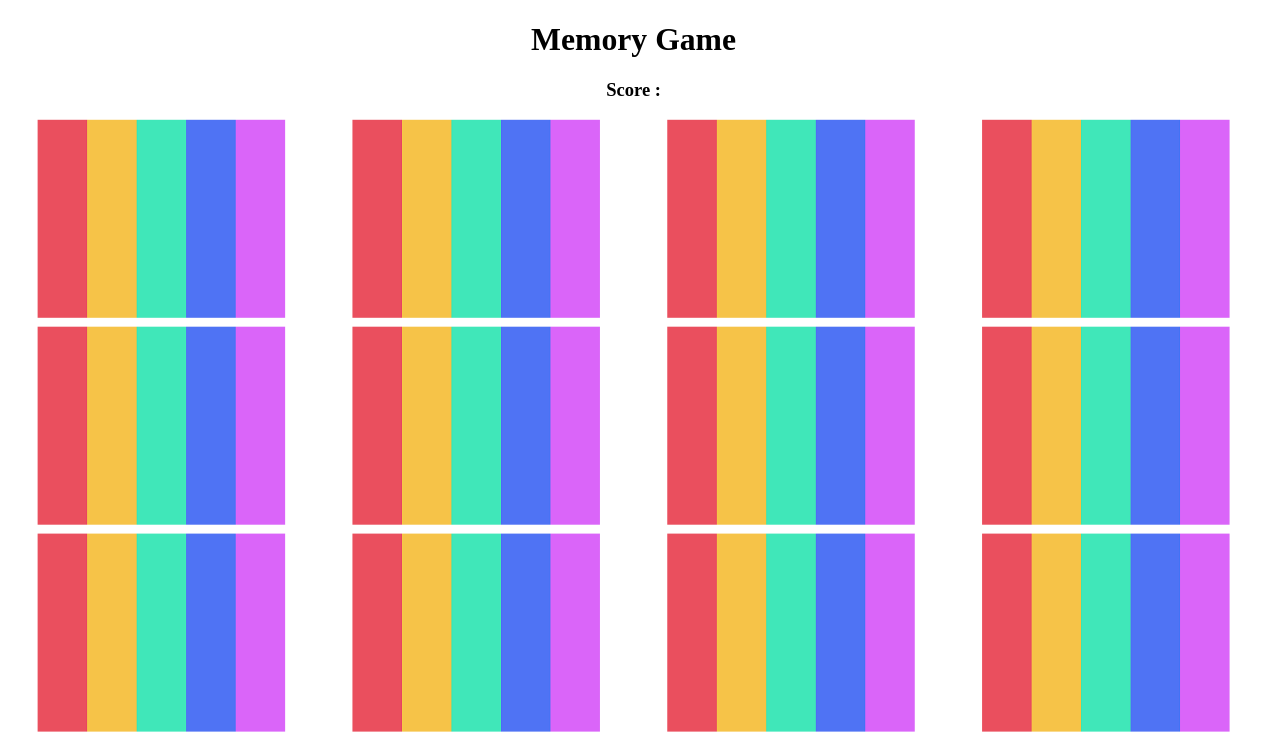
Repository: divyaravada/javascript-games
Page: memory-game/memorygame.html
The author's editor kept a copy of each file at every save. The page is drawn from the files as they stood at one save, then again after the next save.
The browser window is 1280 px wide. The pictures show the whole page, at 99% of full size.

Above is the page before, as saved 2022-03-15 17:29:02.

### memory-game/memorygame.html
<!DOCTYPE html>
<html lang="en">
  <head>
    <meta charset="UTF-8" />
    <title>Memory Game</title>
    <link rel="stylesheet" href="./memorystyle.css" />
  </head>
  <body>
    <div>
      <h1>Memory Game</h1>
    </div>

    <div>
      <h3>Score : <span id="result"></span></h3>
    </div>

    <div class="fitcontent">
      <div id="grid"></div>
    </div>

    <script src="./memory.js"></script>
  </body>
</html>

### memory-game/memorystyle.css
* {
  text-align: center;
  align-items: center;
  justify-content: center;
}
#grid {
  display: grid;
  grid-template-columns: repeat(auto-fill, minmax(300px, 1fr));
  grid-gap: 0.5rem;
  justify-items: center;
  margin: 0;
  padding: 0;
}
#grid img {
  width: 250px;
  height: 200px;
  padding: 0.5px;
}
.fitcontent {
  text-align: center;
}

### memory-game/memory.js
const cardArray = [
  {
    name: "redcar",
    img: "images/redcar.png",
  },
  {
    name: "whitecar",
    img: "images/whitecar.png",
  },

  {
    name: "greencar",
    img: "images/greencar.png",
  },
  {
    name: "browncar",
    img: "images/browncar.png",
  },
  {
    name: "bluecar",
    img: "images/bluecar.jpg",
  },
  {
    name: "blackcar",
    img: "images/blackcar.png",
  },
  {
    name: "redcar",
    img: "images/redcar.png",
  },
  {
    name: "whitecar",
    img: "images/whitecar.png",
  },

  {
    name: "greencar",
    img: "images/greencar.png",
  },
  {
    name: "browncar",
    img: "images/browncar.png",
  },
  {
    name: "bluecar",
    img: "images/bluecar.jpg",
  },
  {
    name: "blackcar",
    img: "images/blackcar.png",
  },
];

cardArray.sort(() => 0.5 - Math.random());

const gridDisplay = document.querySelector("#grid");
const resultDisplay = document.querySelector("#result");
let cardsChoosen = [];
let cardsChoosenIds = [];
const cardsWon = [];

function createBoard() {
  for (let i = 0; i < cardArray.length; i++) {
    const card = document.createElement("img");
    card.setAttribute("src", "images/rainbow.png");
    card.setAttribute("data-id", i);
    card.addEventListener("click", flipCard);
    gridDisplay.appendChild(card);
  }
}
createBoard();

function checkMatch() {
  const cards = document.querySelectorAll("img");
  const optionOneId = cardsChoosenIds[0];
  const optionTwoId = cardsChoosenIds[1];
  if (optionOneId == optionTwoId) {
    cards[optionOneId].setAttribute("src", "images/rainbow.png");
    cards[optionTwoId].setAttribute("src", "images/rainbow.png");
    alert("You have clicked the same image!");
  }

  if (cardsChoosen[0] == cardsChoosen[1]) {
    alert("You found a match");
    cards[optionOneId].setAttribute("src", "images/white.png");
    cards[optionTwoId].setAttribute("src", "images/white.png");
    cards[optionOneId].removeEventListener("click", flipCard);
    cards[optionTwoId].removeEventListener("click", flipCard);
    cardsWon.push(cardsChoosen);
  } else {
    cards[optionOneId].setAttribute("src", "images/rainbow.png");
    cards[optionTwoId].setAttribute("src", "images/rainbow.png");
    alert("Sorry Try again!");
  }
  resultDisplay.textContent = cardsWon.length;
  cardsChoosen = [];
  cardsChoosenIds = [];

  if (cardsWon.length == cardArray.length / 2) {
    resultDisplay.textContent = "Congratulations you found them all";
  }
}

function flipCard() {
  const cardId = this.getAttribute("data-id");
  cardsChoosen.push(cardArray[cardId].name);
  cardsChoosenIds.push(cardId);
  this.setAttribute("src", cardArray[cardId].img);
  if (cardsChoosen.length === 2) {
    setTimeout(checkMatch, 500);
  }
}

After the next save:
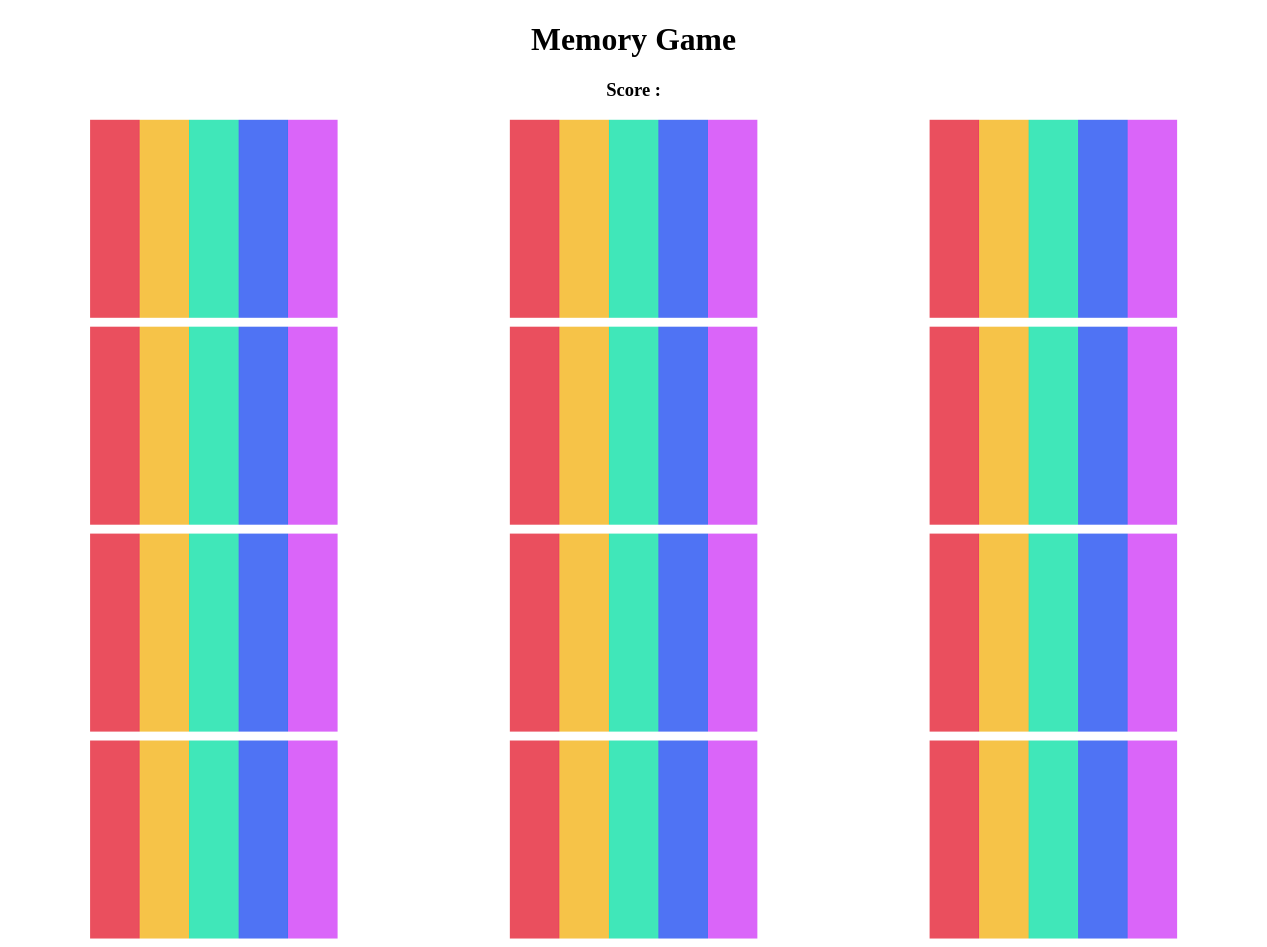
Saved 17 s later.
--- a/memory-game/memorystyle.css
+++ b/memory-game/memorystyle.css
@@ -5,7 +5,7 @@
 }
 #grid {
   display: grid;
-  grid-template-columns: repeat(auto-fill, minmax(300px, 1fr));
+  grid-template-columns: repeat(auto-fill, minmax(380px, 1fr));
   grid-gap: 0.5rem;
   justify-items: center;
   margin: 0;

After the save that followed:
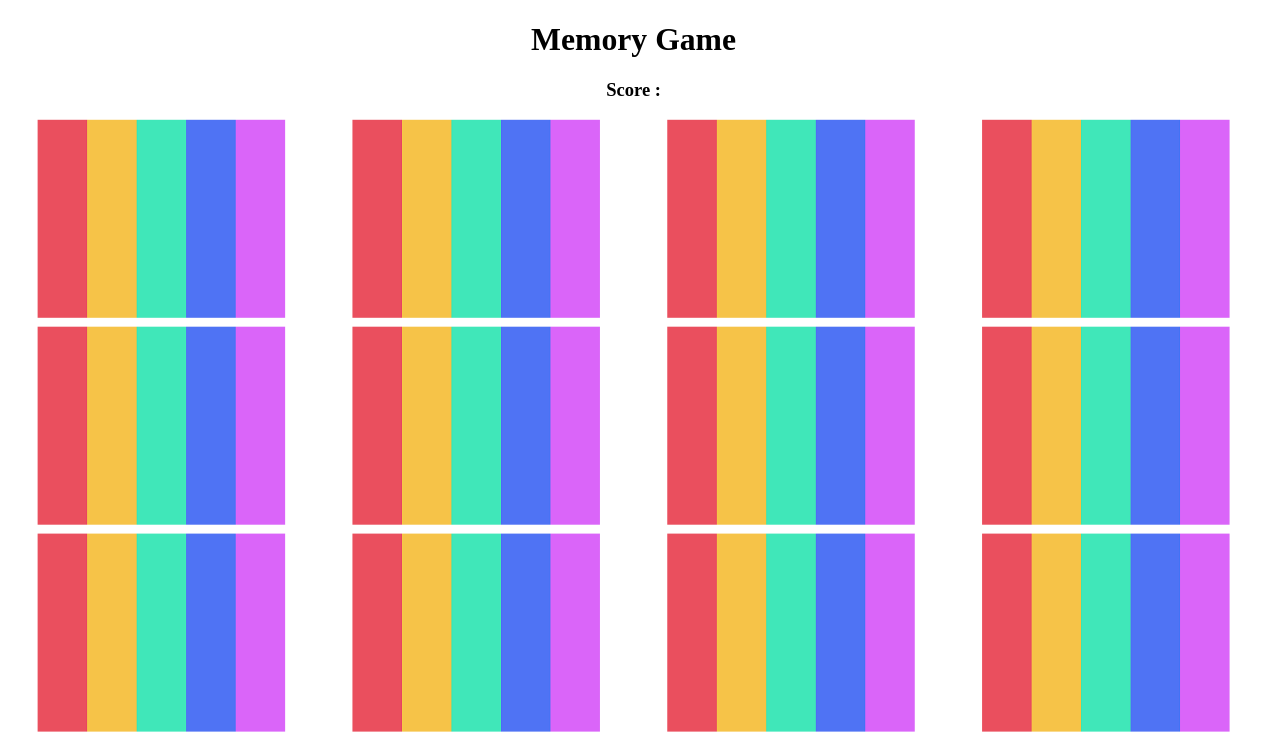
Saved 10 s later.
--- a/memory-game/memorystyle.css
+++ b/memory-game/memorystyle.css
@@ -5,7 +5,7 @@
 }
 #grid {
   display: grid;
-  grid-template-columns: repeat(auto-fill, minmax(380px, 1fr));
+  grid-template-columns: repeat(auto-fill, minmax(300px, 1fr));
   grid-gap: 0.5rem;
   justify-items: center;
   margin: 0;
